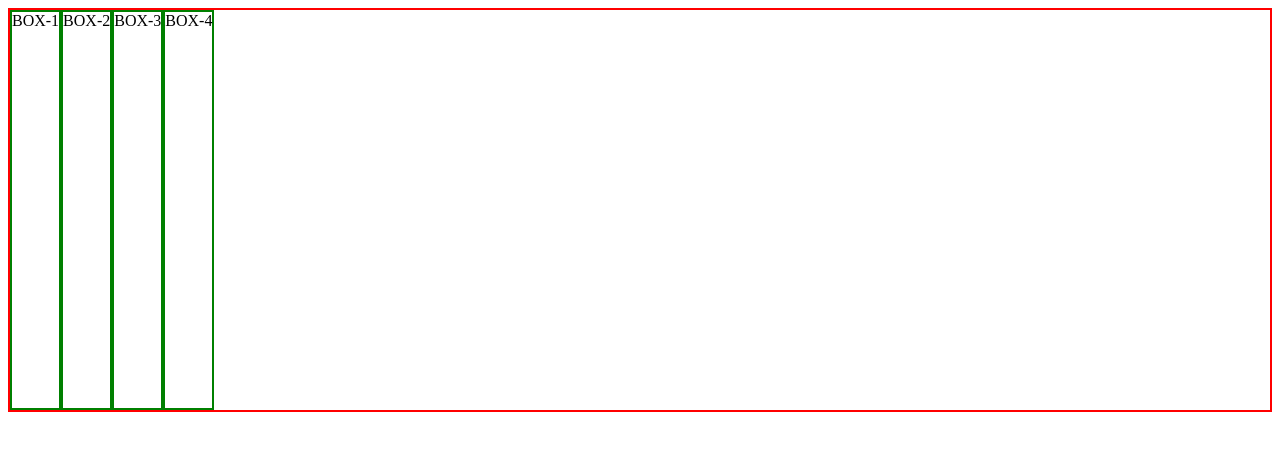
Repository: ARUN-YERRAM/HTMLLEARNING
Page: indxs.html
These files come from the project's save history. The page is drawn as it stood at one moment and after the next save; the edit follows.
The browser window is 1280 px wide. The pictures show the whole page.

Above is the page before, as saved 2024-01-26 22:08:33.

### indxs.html
<!DOCTYPE html>
<html lang="en">
<head>
    <meta charset="UTF-8">
    <meta name="viewport" content="width=device-width, initial-scale=1.0">
    <title>Document</title>
  <link rel="stylesheet" href="styless.css">
</head>
<body>

    <div class="container">
        <div class="box">BOX-1</div>
        <div class="box">BOX-2</div>
        <div class="box">BOX-3</div>
        <div class="box">BOX-4</div>




    </div>
</body>
</html>

### styless.css
.container{
    height:400px;
    border:2px solid red;
    display: flex;
}

.box{
    border: 2px solid green;
    margin: 10px,0;
}

After the next save:
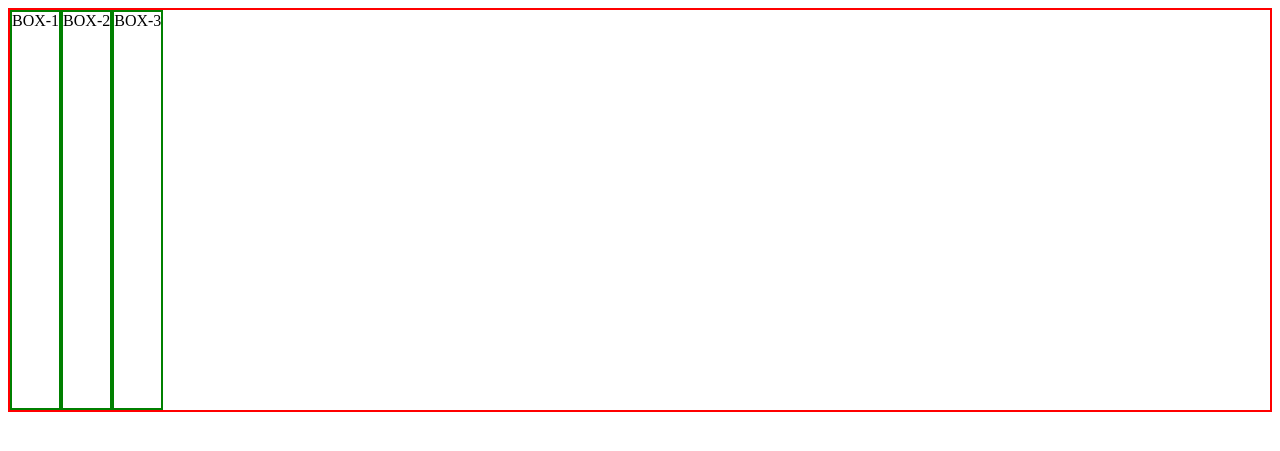
Saved 2 min 10 s later.
--- a/indxs.html
+++ b/indxs.html
@@ -12,7 +12,7 @@
         <div class="box">BOX-1</div>
         <div class="box">BOX-2</div>
         <div class="box">BOX-3</div>
-        <div class="box">BOX-4</div>
+        <!-- <div class="box">BOX-4</div> -->
 
 
 
